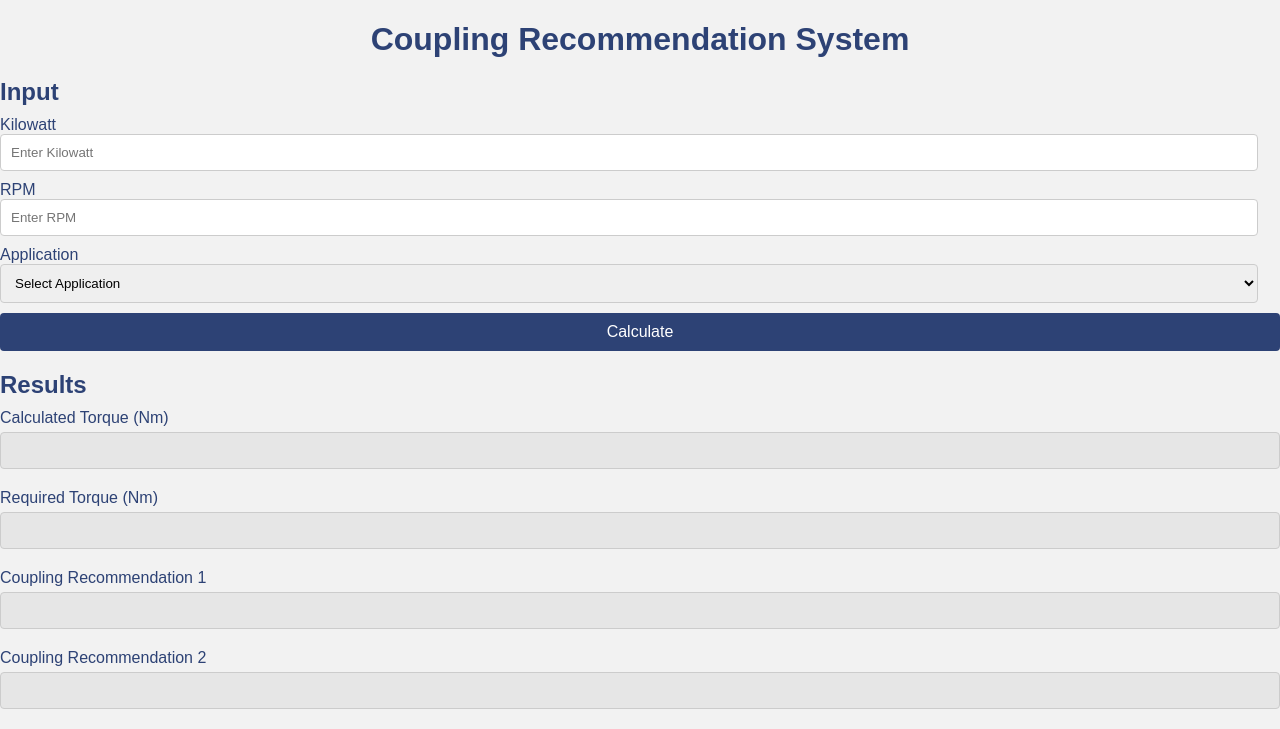
Repository: JustinSadie/calculator
Page: newIndex.html
An editor plug-in stored every save of this project. The page is shown before and after the next save, followed by the edit.
The browser window is 1280 px wide. The pictures show the whole page.

Above is the page before, as saved 2024-08-25 14:11:06.

After the next save:
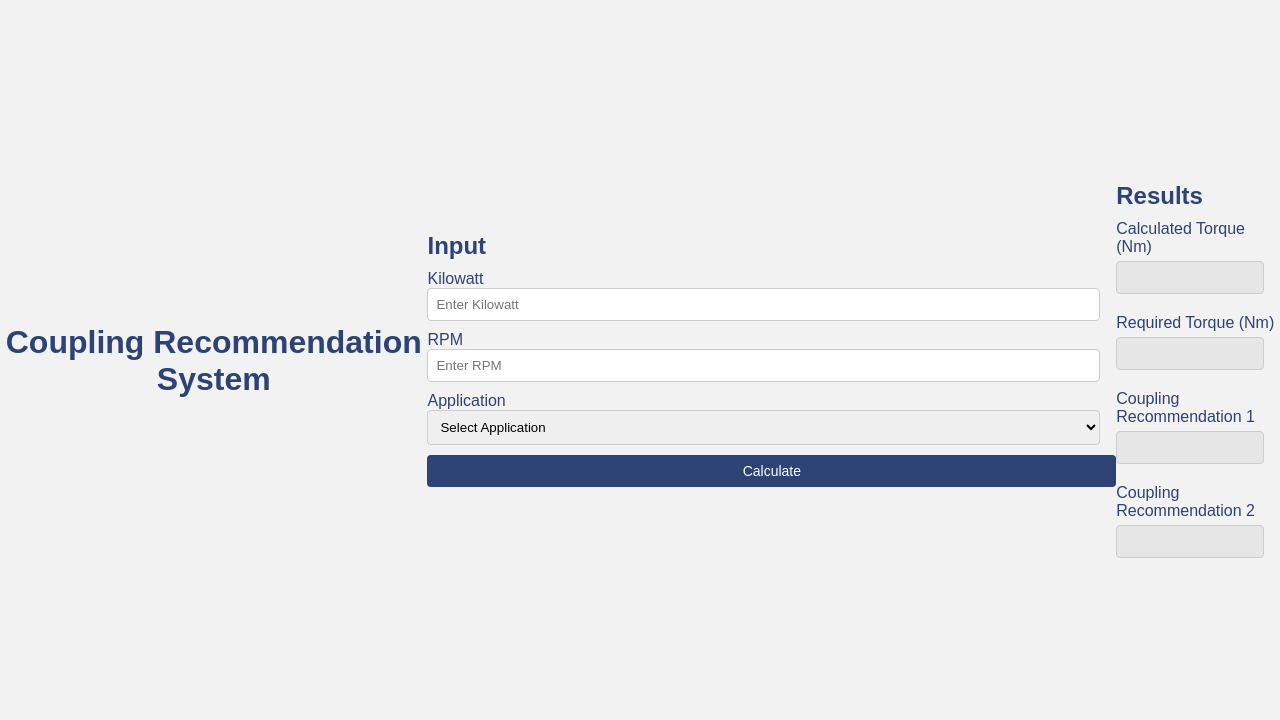
Saved 74 min 44 s later.
--- a/newCSS.css
+++ b/newCSS.css
@@ -5,15 +5,21 @@
   padding: 0;
   background-color: #f2f2f2;
   color: #2d4275;
+  display: flex;
+  justify-content: center;
+  align-items: center;
+  min-height: 100vh;
 }
 
 .container {
-  max-width: 600px;
+  max-width: 50%; /* Make the container half the width of the page */
   margin: 0 auto;
   padding: 20px;
   background-color: #ffffff;
   box-shadow: 0 0 10px rgba(0, 0, 0, 0.1);
+  border: 2px solid #2d4275; /* Add border around the container */
   border-radius: 8px;
+  box-sizing: border-box; /* Include padding and border in the width */
 }
 
 h1 {
@@ -34,24 +40,22 @@
 
 input,
 select {
-  padding: 10px;
+  padding: 8px; /* Make the input fields smaller */
   margin-bottom: 10px;
-  width: calc(
-    100% - 22px
-  ); /* Adjust width to account for padding and borders */
+  width: calc(100% - 16px); /* Adjust width to account for padding and borders */
   border: 1px solid #ccc;
   border-radius: 4px;
-  box-sizing: border-box; /* Ensure padding is included in the width */
+  box-sizing: border-box;
 }
 
 button {
-  padding: 10px 15px;
+  padding: 8px 12px;
   background-color: #2d4275;
   color: #ffffff;
   border: none;
   border-radius: 4px;
   cursor: pointer;
-  font-size: 16px;
+  font-size: 14px; /* Adjust button font size */
   width: 100%;
 }
 
@@ -80,10 +84,10 @@
 }
 
 .result input {
-  padding: 10px;
+  padding: 8px; /* Make the output fields smaller */
   border: 1px solid #ccc;
   border-radius: 4px;
-  width: 100%;
+  width: calc(100% - 16px); /* Adjust width to account for padding and borders */
   box-sizing: border-box;
   background-color: #f9f9f9;
 }

After the save that followed:
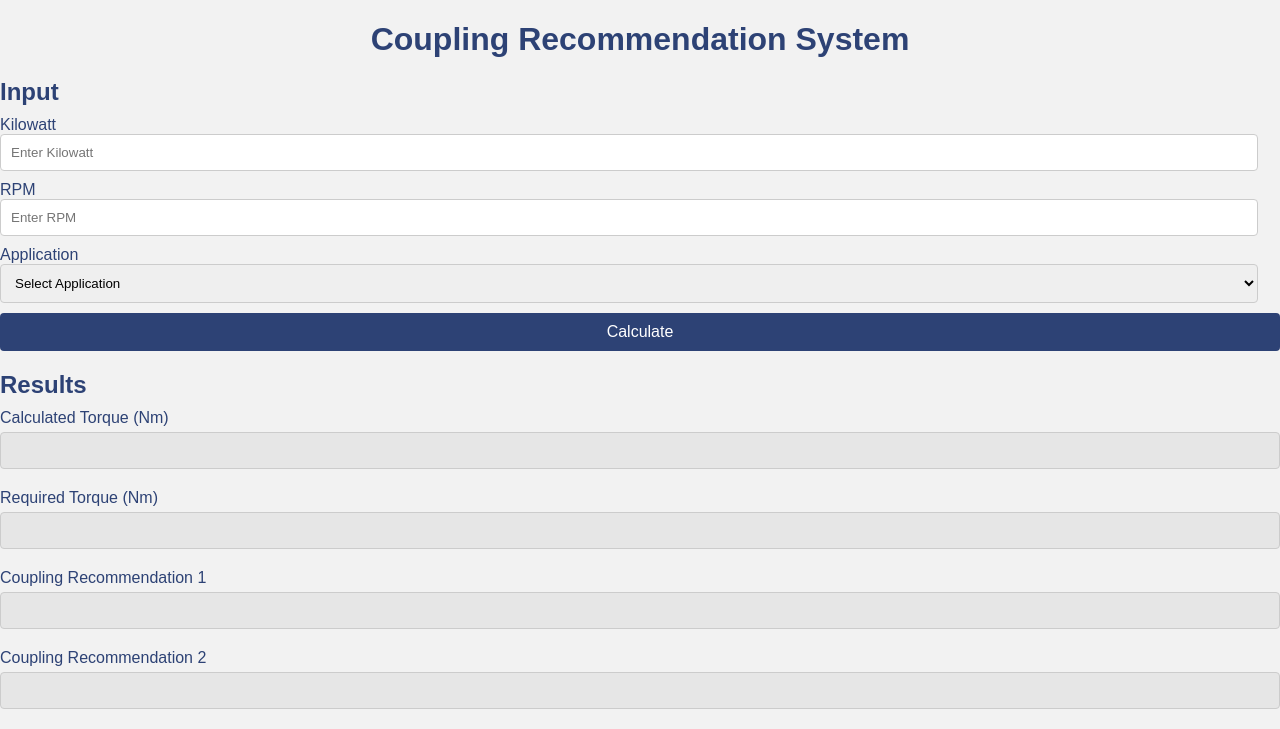
Saved 37 s later.
--- a/newCSS.css
+++ b/newCSS.css
@@ -5,21 +5,15 @@
   padding: 0;
   background-color: #f2f2f2;
   color: #2d4275;
-  display: flex;
-  justify-content: center;
-  align-items: center;
-  min-height: 100vh;
 }
 
 .container {
-  max-width: 50%; /* Make the container half the width of the page */
+  max-width: 600px;
   margin: 0 auto;
   padding: 20px;
   background-color: #ffffff;
   box-shadow: 0 0 10px rgba(0, 0, 0, 0.1);
-  border: 2px solid #2d4275; /* Add border around the container */
   border-radius: 8px;
-  box-sizing: border-box; /* Include padding and border in the width */
 }
 
 h1 {
@@ -40,22 +34,24 @@
 
 input,
 select {
-  padding: 8px; /* Make the input fields smaller */
+  padding: 10px;
   margin-bottom: 10px;
-  width: calc(100% - 16px); /* Adjust width to account for padding and borders */
+  width: calc(
+    100% - 22px
+  ); /* Adjust width to account for padding and borders */
   border: 1px solid #ccc;
   border-radius: 4px;
-  box-sizing: border-box;
+  box-sizing: border-box; /* Ensure padding is included in the width */
 }
 
 button {
-  padding: 8px 12px;
+  padding: 10px 15px;
   background-color: #2d4275;
   color: #ffffff;
   border: none;
   border-radius: 4px;
   cursor: pointer;
-  font-size: 14px; /* Adjust button font size */
+  font-size: 16px;
   width: 100%;
 }
 
@@ -84,10 +80,10 @@
 }
 
 .result input {
-  padding: 8px; /* Make the output fields smaller */
+  padding: 10px;
   border: 1px solid #ccc;
   border-radius: 4px;
-  width: calc(100% - 16px); /* Adjust width to account for padding and borders */
+  width: 100%;
   box-sizing: border-box;
   background-color: #f9f9f9;
 }
